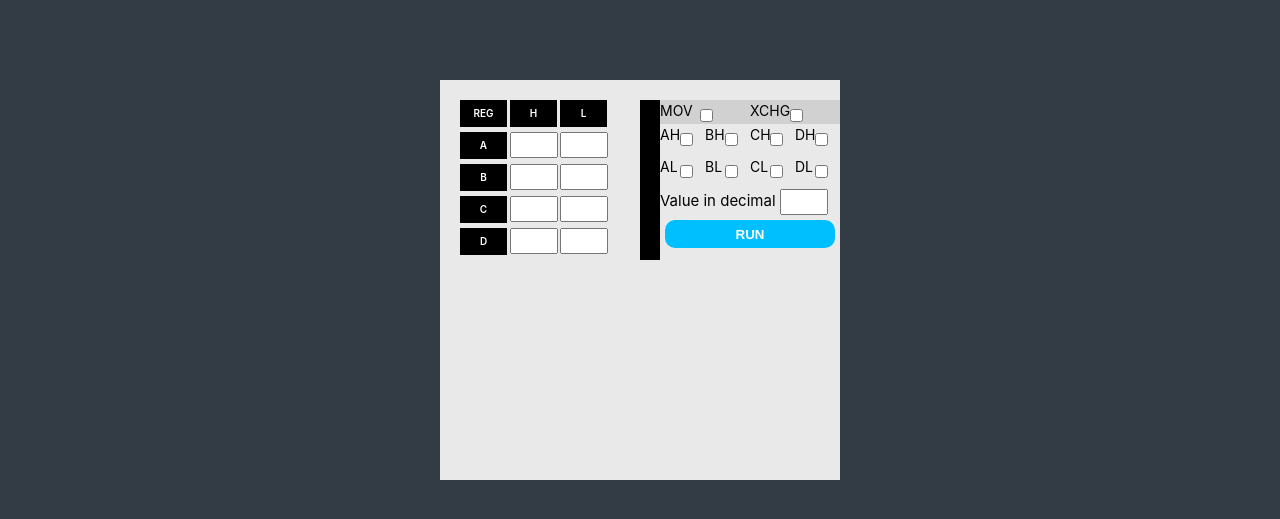
Repository: piookr-wsei/8086
Page: /
These files come from the project's save history. The page is drawn as it stood at one moment and after the next save; the edit follows.
The browser window is 1280 px wide. The pictures show the whole page.
The project was rebuilt for these pictures with package versions that can differ from the ones it lists, and the page was loaded fresh each time.

Above is the page before, as saved 2022-06-18 21:59:12.

After the next save:
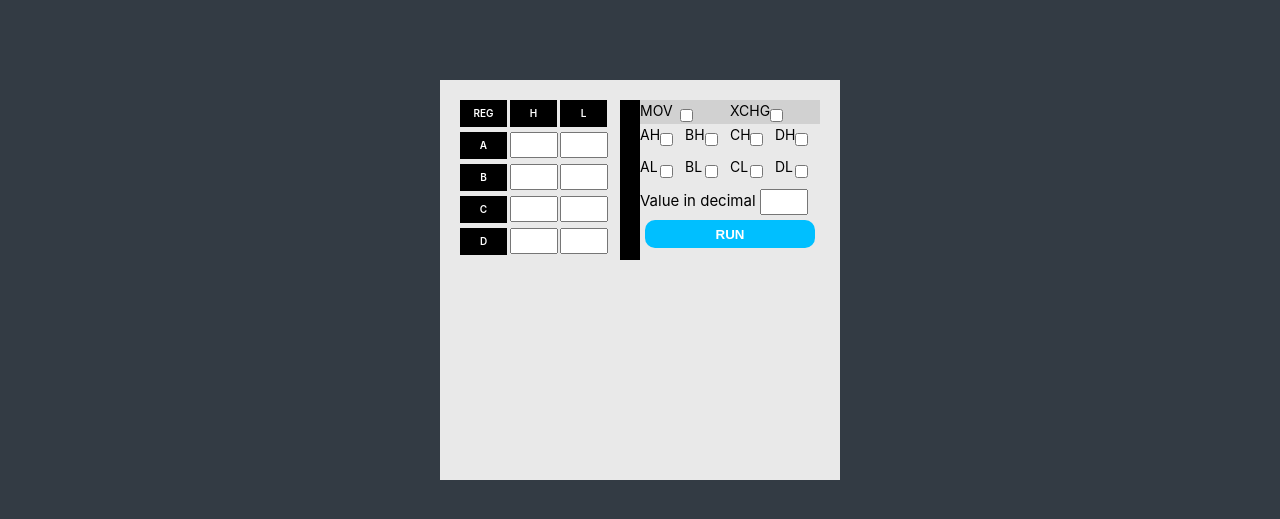
Saved 19 s later.
--- a/src/Components/Components.elements.js
+++ b/src/Components/Components.elements.js
@@ -42,6 +42,7 @@ export const SettingsWrapper = styled.div`
     font-size: 14px;
     line-height: 22px;
     grid-template-rows: 24px 64px repeat(auto-fit, 32px);
+    right: 20px;
     border-left: 20px solid;
 `
 
